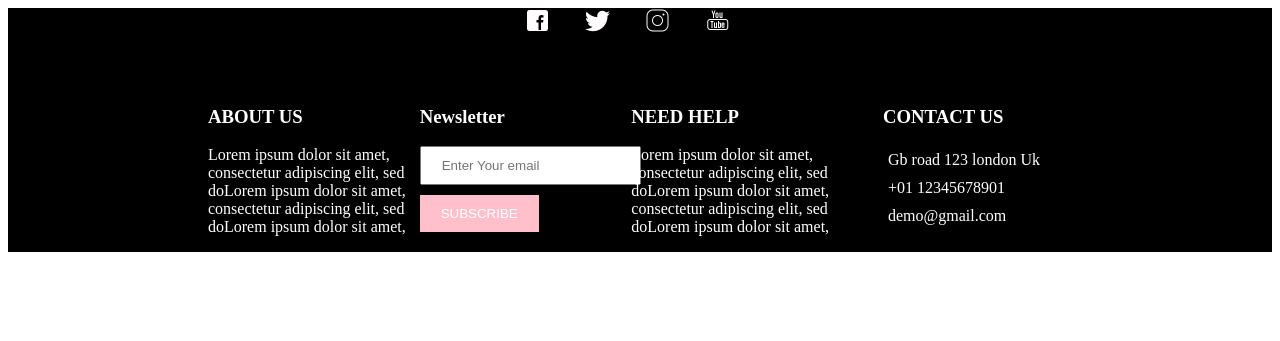
Repository: AVINKUMARP/gifts
Page: demo3.html
An editor plug-in stored every save of this project. The page is shown before and after the next save, followed by the edit.
The browser window is 1280 px wide. The pictures show the whole page.

Above is the page before, as saved 2023-08-24 15:44:58.

### demo3.html
<!DOCTYPE html>
<html lang="en">
<head>
    <meta charset="UTF-8">
    <meta name="viewport" content="width=device-width, initial-scale=1.0">
    <title>Document</title>
    <style>
        .container2{
            background-color:black;
            color: white;
        }
        .ticon{
            display: flex;
            flex-wrap: wrap;
            gap: 10px;
            justify-content: center;
        }
        .list{
            display: flex;
            flex-wrap: wrap;
        }
        .lone{
            width: 24.5%;
        }
        .ltwo{
            width: 24.5%;
        }
        .lthree{
            width: 24.5%;
        }
        .lfour{
            width: 24.5%;
        }
        .ltwo input{
            padding: 10px 20px;
        }
        .ltwo button{
            background-color:pink;
            color:white;
            padding: 10px 20px;
            border:1px solid pink;
        }
        .lone p{
            text-align: start;
        }
        .lthree p{
            text-align: start;
        }
        .lfour li{
            padding: 5px;
        }
        .but1111{
            padding-top: 10px;
        }
        .list{
            margin: 50px 200px;
        }
    </style>
</head>
<body>
    <div class="container2">
        <div class="ticon">
            <div class="one"><a href="">
                <img src="./images/icons8-facebook-50.png" alt="loading..." width="50%"></a>
            </div>
            <div class="two">
                <img src="./images/icons8-twitter-50.png" alt="loading..."width="50%">
            </div>
            <div class="three">
                <a href=""><img src="./images/icons8-instagram-50.png" alt="loading..." width="50%"></a>
            </div>
            <div class="four">
                <img src="./images/icons8-youtube-50.png" alt="loading..." width="50%">
            </div>
        </div>
        <div class="list">
            <div class="lone">
                <h3>ABOUT US</h3>
                <p>Lorem ipsum dolor sit amet, consectetur adipiscing elit, sed doLorem ipsum dolor sit amet, consectetur adipiscing elit, sed doLorem ipsum dolor sit amet,</p>
            </div>
            <div class="ltwo">
                <h3>
                    Newsletter
                </h3>
                <input type="email" placeholder="Enter Your email">
                <div class="but1111"><button>SUBSCRIBE</button></div>

            </div>
            <div class="lthree">
                <h3>NEED HELP</h3>
                <p>Lorem ipsum dolor sit amet, consectetur adipiscing elit, sed doLorem ipsum dolor sit amet, consectetur adipiscing elit, sed doLorem ipsum dolor sit amet,</p>
            </div>
            <div class="lfour">
                <ul type="none">
                    <h3>CONTACT US</h3>
                    <li>Gb road 123 london Uk</li>
                    <li>+01 12345678901</li>
                    <li>demo@gmail.com</li>
                </ul>
            </div>
        </div>
    </div>
</body>
</html>

After the next save:
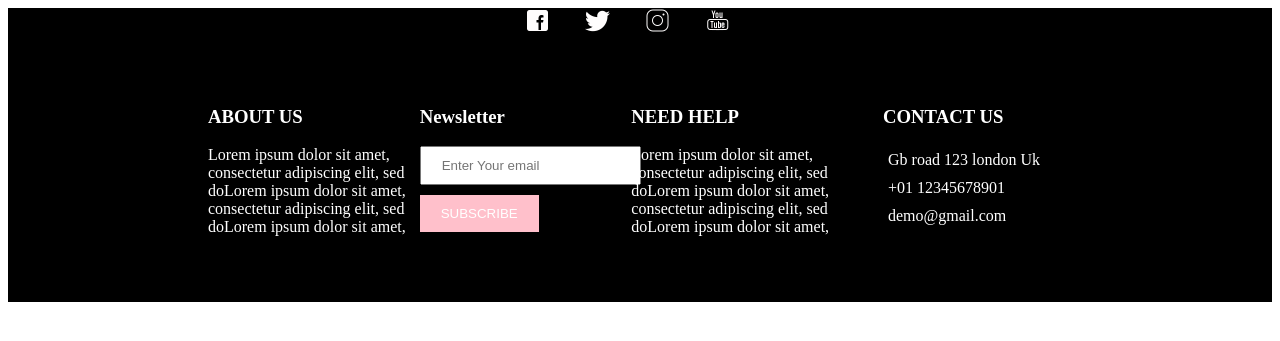
Saved 36 s later.
--- a/demo3.html
+++ b/demo3.html
@@ -53,7 +53,7 @@
             padding-top: 10px;
         }
         .list{
-            margin: 50px 200px;
+            padding: 50px 200px;
         }
     </style>
 </head>
